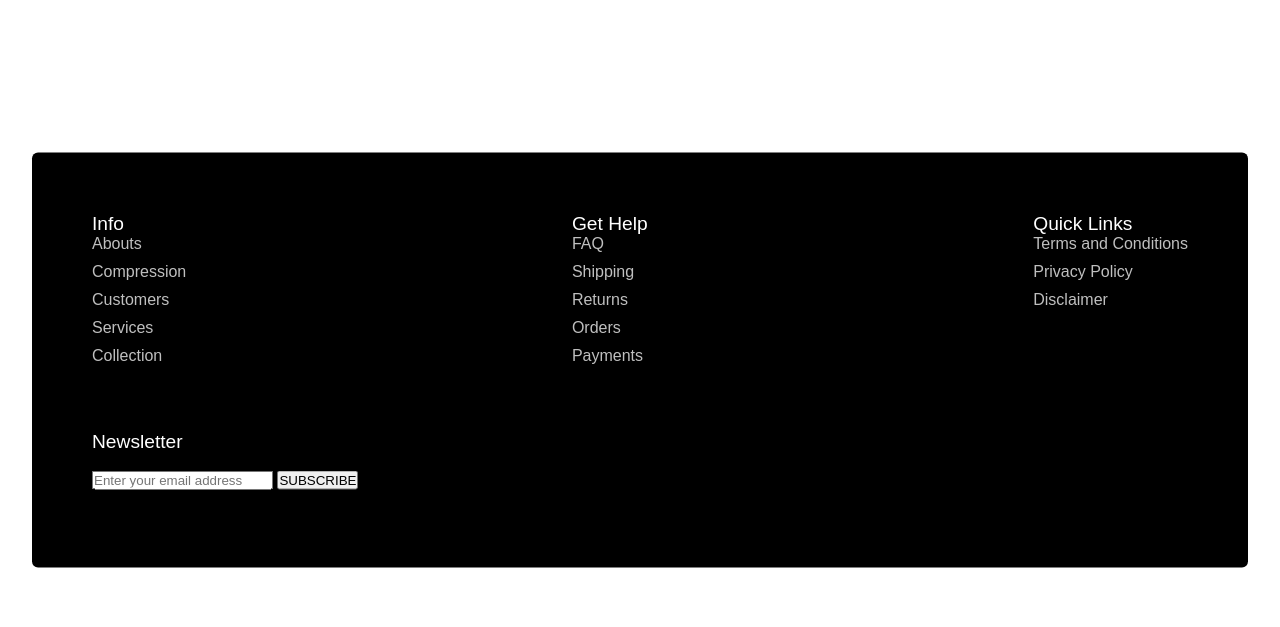
Repository: syni18/responsive_footer
Page: index.html
The author's editor kept a copy of each file at every save. The page is drawn from the files as they stood at one save, then again after a run of saves.
The browser window is 1280 px wide. The pictures show the whole page.
Some web libraries are served in a nearby version.

Above is the page before, as saved 2023-11-03 17:18:15.

After the next 3 saves:
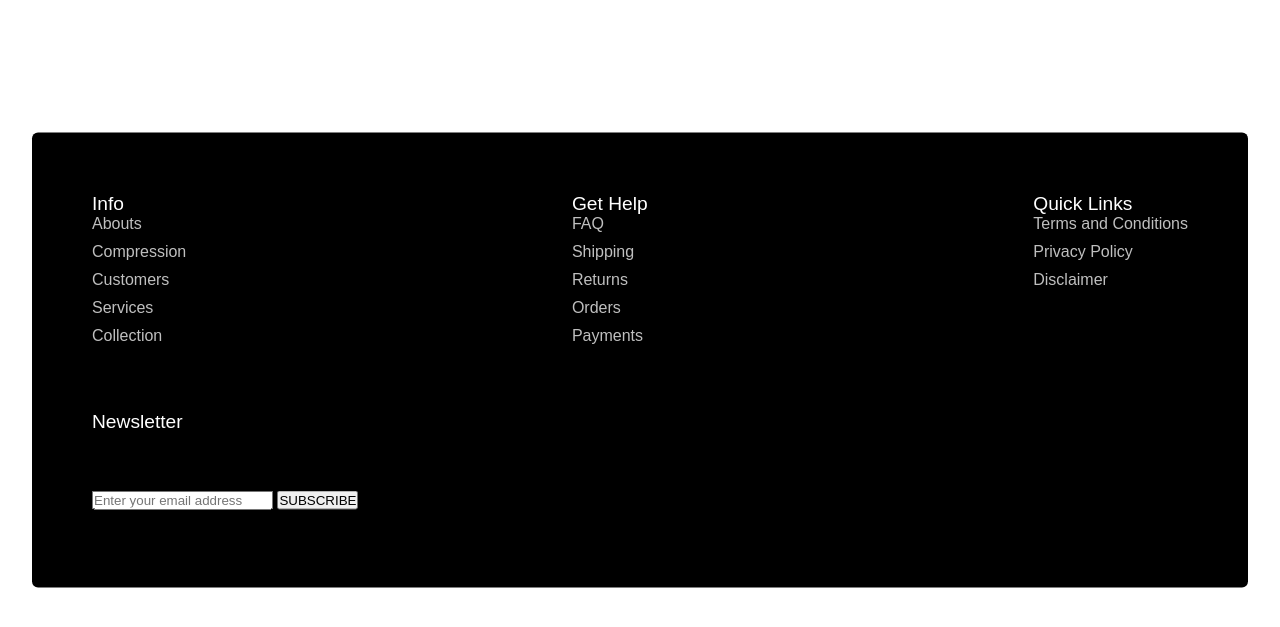
The 3 saves are shown as one change because they came seconds apart.
The last was saved 7 s later.
--- a/style.css
+++ b/style.css
@@ -38,5 +38,6 @@
     color: #fff;
 }
 .footer-col p {
-    m20
+    margin: 20px 0;
+    color: ;
 }
